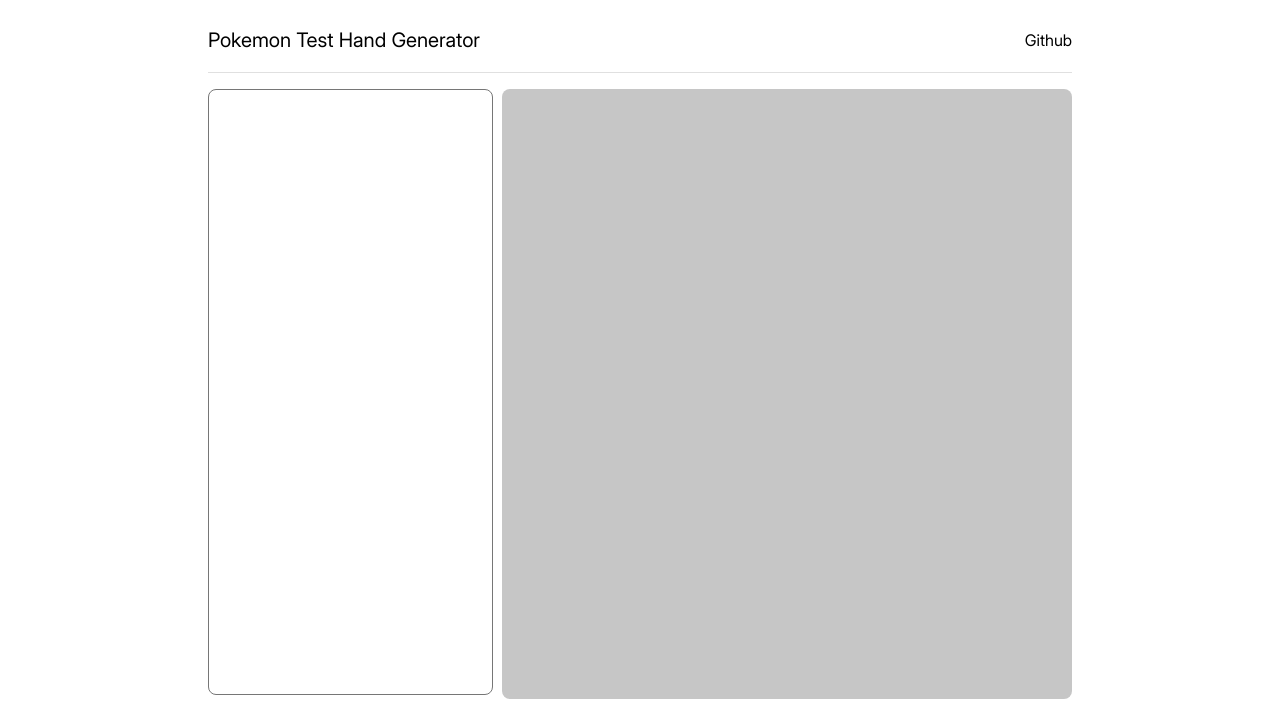
Repository: danielj1415/test-hand-simulator
Page: /
These files come from the project's save history. The page is drawn as it stood at one moment and after the next save; the edit follows.
The browser window is 1280 px wide. The pictures show the whole page.
The project was rebuilt for these pictures with package versions that can differ from the ones it lists, and the page was loaded fresh each time. Also part of the build but not shown: vite.config.ts, src/index.css.

Above is the page before, as saved 2024-10-30 18:10:39.

### src/App.tsx
import { useState } from 'react'
import './App.css'
import { Outlet, Link } from "react-router-dom";

function App() {

  const [deckList, setDeckList] = useState({
    deck: ''
  })

  // Handle input changes
  const handleChange = (e: { target: { name: any; value: any; }; }) => {
    const { name, value } = e.target;
    setDeckList((prevData) => ({
      ...prevData,
      [name]: value
    }));
  };

  // Handle form submission
  const handleSubmit = (e: { preventDefault: () => void; }) => {
    e.preventDefault(); // Prevents the default form submission behavior
    // Process the form data here (e.g., send to an API)
  };

  return (
    <div>
      <div className = "mainContainer">
        <div className = "navigationBar">
          <p className = "headerTextBold">Pokemon Test Hand Generator</p>
          <p className = "headerText">Github</p>
        </div>
        <div className = "divider"/>
        <div className = "mainBody">
          <div className = "inputDeck">
            <form onSubmit = {handleSubmit}>
              <div>
                <label htmlFor="deck"></label>
                <textarea className = "deckInputDiv" id="deck" name="deck" value={deckList.deck} onChange={handleChange}/>
              </div>
            </form>
          </div>
          <div className = "testHands"></div>
        </div>
      </div>
    </div>
  )
}

export default App

### src/App.css

@import "./fonts.css";

.mainContainer{
  margin-left: 200px;
  margin-right: 200px;
}

.navigationBar{
  display: flex;
  align-items:center;
  justify-content: space-between;
}

.headerText{
  font-size: 16px;
  font-family: "Inter";
}

.headerTextBold{
  font-size: 20px;
  font-family: "Inter";
}

.divider{
  width: 100%;
  height: 1px;
  background-color: rgb(224, 224, 224);
}

.mainBody{
  display: flex;
  justify-content: space-between;
  margin-top: 16px;
}

.inputDeck{
  width: 33%;
  border-radius: 8px;
}

.testHands{
  width: 66%;
  background-color: rgb(198, 198, 198);
  border-radius: 8px;
}

.deckInputDiv{
  width: 98%;
  height: 600px;
  resize: none;
  border-radius: 8px;
  font-family: "Inter";
}

### src/fonts.css
@font-face {
    font-family: "Inter";
    src: url("/src/assets/fonts/Inter_28pt-Regular.ttf");
  }

Loaded but not shown: index.html (common file); src/main.tsx (common file)

After the next save:
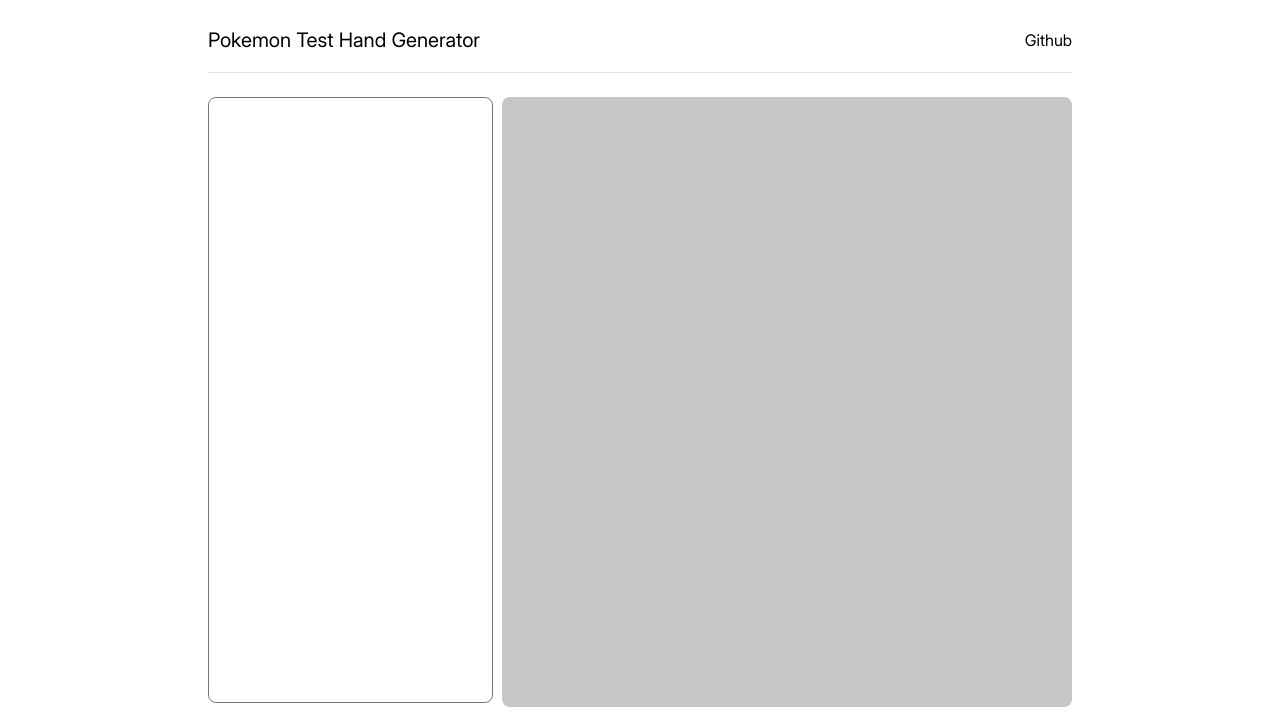
Saved 43 s later.
--- a/src/App.css
+++ b/src/App.css
@@ -31,7 +31,7 @@
 .mainBody{
   display: flex;
   justify-content: space-between;
-  margin-top: 16px;
+  margin-top: 24px;
 }
 
 .inputDeck{
